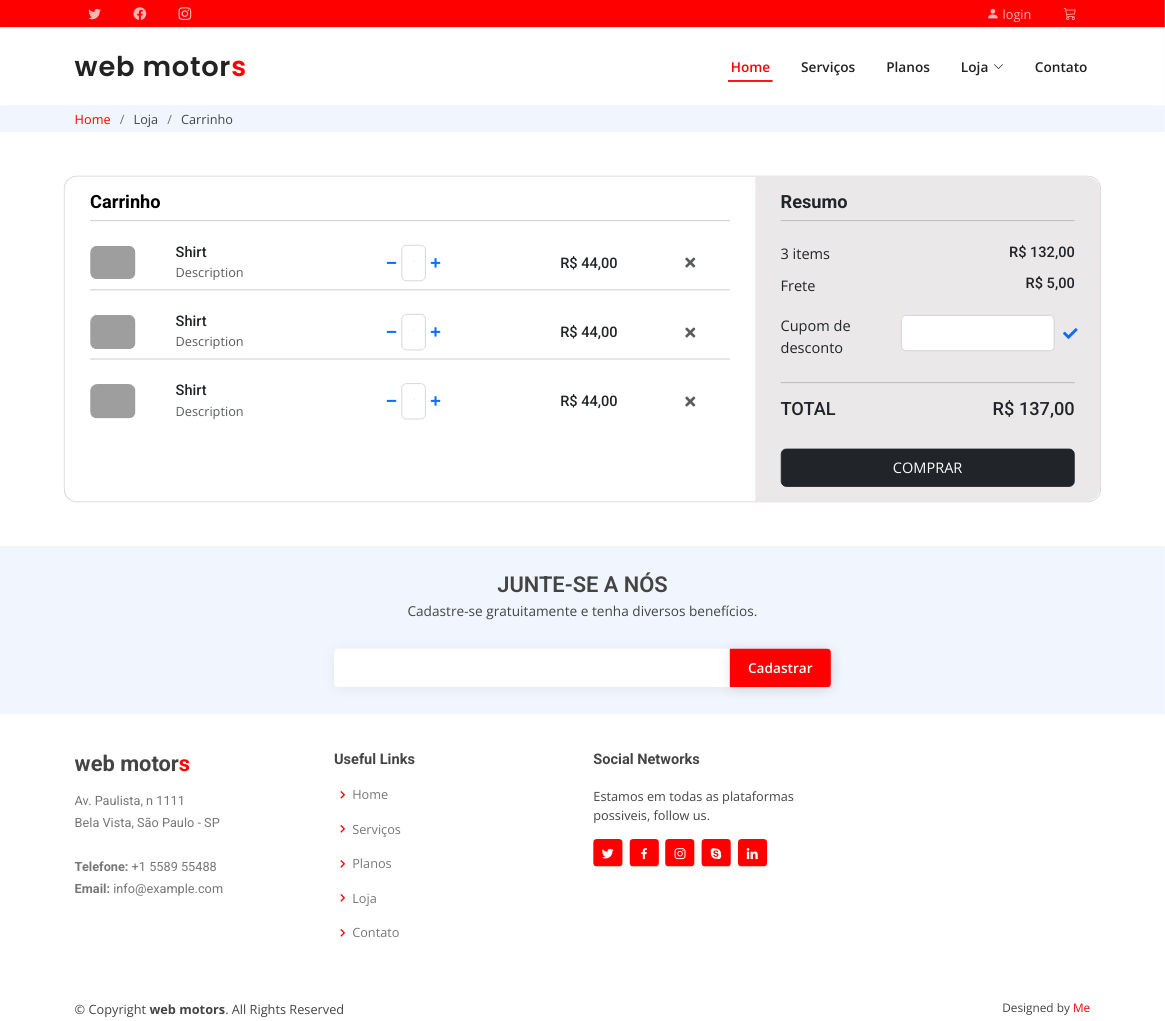
Repository: 01nethy/WebMotors
Page: cart.html
The author's editor kept a copy of each file at every save. The page is drawn from the files as they stood at one save, then again after the next save.
The browser window is 1280 px wide. The pictures show the whole page, at 91% of full size.
Pictures or frames that could not be fetched are drawn as grey boxes. Some web libraries are served in a nearby version.

Above is the page before, as saved 2023-12-07 14:22:20.
Console error: TypeError: Cannot read properties of undefined (reading 'fn')

After the next save:
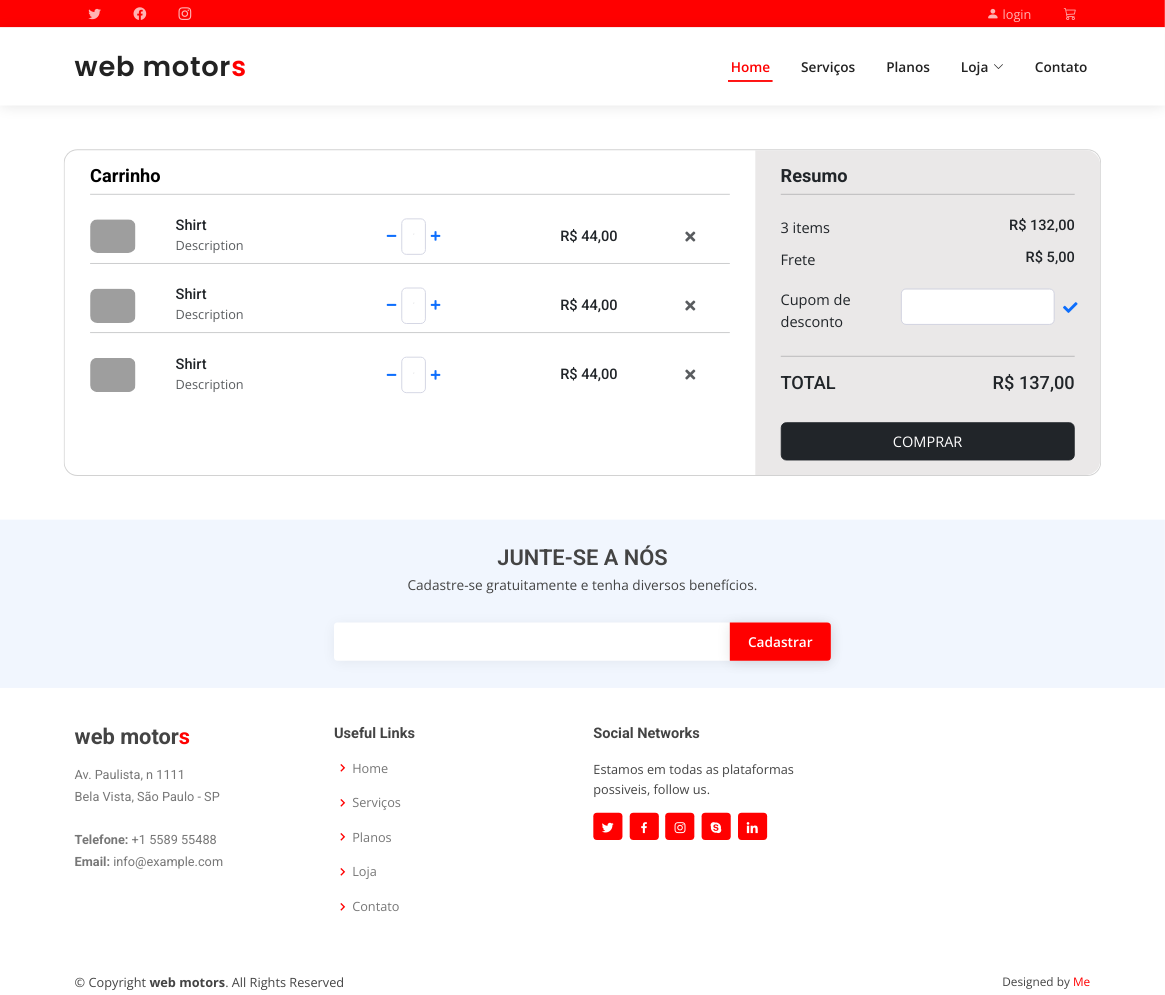
Saved 3 min 0 s later.
--- a/cart.html
+++ b/cart.html
@@ -5,7 +5,7 @@
     <meta charset="UTF-8">
     <meta name="viewport" content="width=device-width, initial-scale=1.0">
 
-    <title>Document</title>
+    <title>Carrinho de compras -Web Motors</title>
     <meta content="" name="description">
     <meta content="" name="keywords">
 
@@ -37,70 +37,58 @@
 </head>
 
 <body>
-    <!-- ======= Top Bar ======= -->
-    <section id="topbar" class="d-flex align-items-center">
-        <div id="topajust" class="container d-flex">
-            <div class="social-links col-6 ">
-                <a href="#" class="twitter m-0"><i class="bi bi-twitter"></i></a>
-                <a href="#" class="facebook"><i class="bi bi-facebook"></i></a>
-                <a href="#" class="instagram"><i class="bi bi-instagram"></i></a>
-                <!-- <a href="#" class="linkedin"><i class="bi bi-linkedin"></i></i></a> -->
-            </div>
-            <div class="social-links col-6 text-end">
-                <a href="login.html"><i class="bi bi-person-fill"></i> login </a>
-                <a href="cart.html"> <i class="bi bi-cart3"></i></a>
-            </div>
-        </div>
-    </section>
-
-    <!-- ======= Header nav ======= -->
-    <header id="header" class="d-flex">
-        <div class="container d-flex align-items-center justify-content-between"">
-          <h1 class=" logo"><a href="index.html">web motor<span>s</span></a></h1>
-            <nav id="navbar" class="nav navbar justify-content-end">
+   <!-- ======= Top Bar ======= -->
+   <section id="topbar" class="d-flex align-items-center">
+    <div id="topajust" class="container d-flex">
+      <div class="social-links col-6 ">
+        <a href="#" class="twitter m-0"><i class="bi bi-twitter"></i></a>
+        <a href="#" class="facebook"><i class="bi bi-facebook"></i></a>
+        <a href="#" class="instagram"><i class="bi bi-instagram"></i></a>
+        <!-- <a href="#" class="linkedin"><i class="bi bi-linkedin"></i></i></a> -->
+      </div>
+      <div class="social-links col-6 text-end">
+        <a href="login.html"><i class="bi bi-person-fill"></i> login </a>
+        <a href="cart.html"> <i class="bi bi-cart3"></i></a>
+      </div>
+    </div>
+  </section>
+
+  <!-- ======= Header nav ======= -->
+  <header id="header" class="d-flex">
+    <div class="container d-flex align-items-center justify-content-between">
+      <h1 class="logo"><a href="index.html">web motor<span>s</span></a></h1>
+      <nav id="navbar" class="nav navbar justify-content-end">
+        <ul>
+          <li><a class="nav-link scrollto active" href="#hero">Home</a></li>
+          <!-- <li><a class="nav-link scrollto" href="#about">Mecanica</a></li>-->
+          <li><a class="nav-link scrollto" href="#services">Serviços</a></li>
+          <!-- <li><a class="nav-link scrollto " href="#portfolio">Aditivo</a></li>-->
+          <li><a class="nav-link scrollto" href="#pricing">Planos</a></li>
+          <li class="dropdown"><a href="produtos.html"><span>Loja</span> <i class="bi bi-chevron-down"></i></a>
+            <ul>
+              <li><a href="#">Aditivos</a></li>
+              <!-- <li class="dropdown"><a href="#"><span>Deep Drop Down</span> <i class="bi bi-chevron-right"></i></a>
                 <ul>
-                    <li><a class="nav-link scrollto active" href="index.html">Home</a></li>
-                    <!-- <li><a class="nav-link scrollto" href="#about">Mecanica</a></li>-->
-                    <li><a class="nav-link scrollto" href="index.html #services">Serviços</a></li>
-                    <!-- <li><a class="nav-link scrollto " href="#portfolio">Aditivo</a></li>-->
-                    <li><a class="nav-link scrollto" href="index.html #pricing">Planos</a></li>
-                    <li class="dropdown"><a href="inner-page.html"><span>Loja</span> <i
-                                class="bi bi-chevron-down"></i></a>
-                        <ul>
-                            <li><a href="#">Aditivos</a></li>
-                            <!-- <li class="dropdown"><a href="#"><span>Deep Drop Down</span> <i class="bi bi-chevron-right"></i></a>
-                    <ul>
-                      <li><a href="#">Deep Drop Down 1</a></li>
-                      <li><a href="#">Deep Drop Down 2</a></li>
-                      <li><a href="#">Deep Drop Down 3</a></li>
-                      <li><a href="#">Deep Drop Down 4</a></li>
-                      <li><a href="#">Deep Drop Down 5</a></li>
-                    </ul>
-                  </li> -->
-                            <li><a href="#">Borracha</a></li>
-                            <li><a href="#">Pneus</a></li>
-                        </ul>
-                    </li>
-                    <li><a class="nav-link scrollto" href="index.html #contact">Contato</a></li>
+                  <li><a href="#">Deep Drop Down 1</a></li>
+                  <li><a href="#">Deep Drop Down 2</a></li>
+                  <li><a href="#">Deep Drop Down 3</a></li>
+                  <li><a href="#">Deep Drop Down 4</a></li>
+                  <li><a href="#">Deep Drop Down 5</a></li>
                 </ul>
-                <i class="bi bi-list mobile-nav-toggle"></i>
-            </nav><!-- .navbar -->
-        </div>
-    </header>
+              </li> -->
+              <li><a href="#">Borracha</a></li>
+              <li><a href="#">Pneus</a></li>
+            </ul>
+          </li>
+          <li><a class="nav-link scrollto" href="#contact">Contato</a></li>
+        </ul>
+        <i class="bi bi-list mobile-nav-toggle"></i>
+      </nav><!-- .navbar -->
+    </div>
+  </header>
+
+
     <main id="main">
-        <!-- ======= Breadcrumbs ======= -->
-        <section class="breadcrumbs section-bg">
-            <div class="container">
-                <div class="d-flex justify-content-between align-items-center">
-                    <ol>
-                        <li><a href="index.html">Home</a></li>
-                        <li>Loja</li>
-                        <li>Carrinho</li>
-                    </ol>
-                </div>
-            </div>
-        </section>
-
         <!-- ======= Cart ======= -->
         <section class="container py-5">
             <div class="row d-flex justify-content-center align-items-center">
